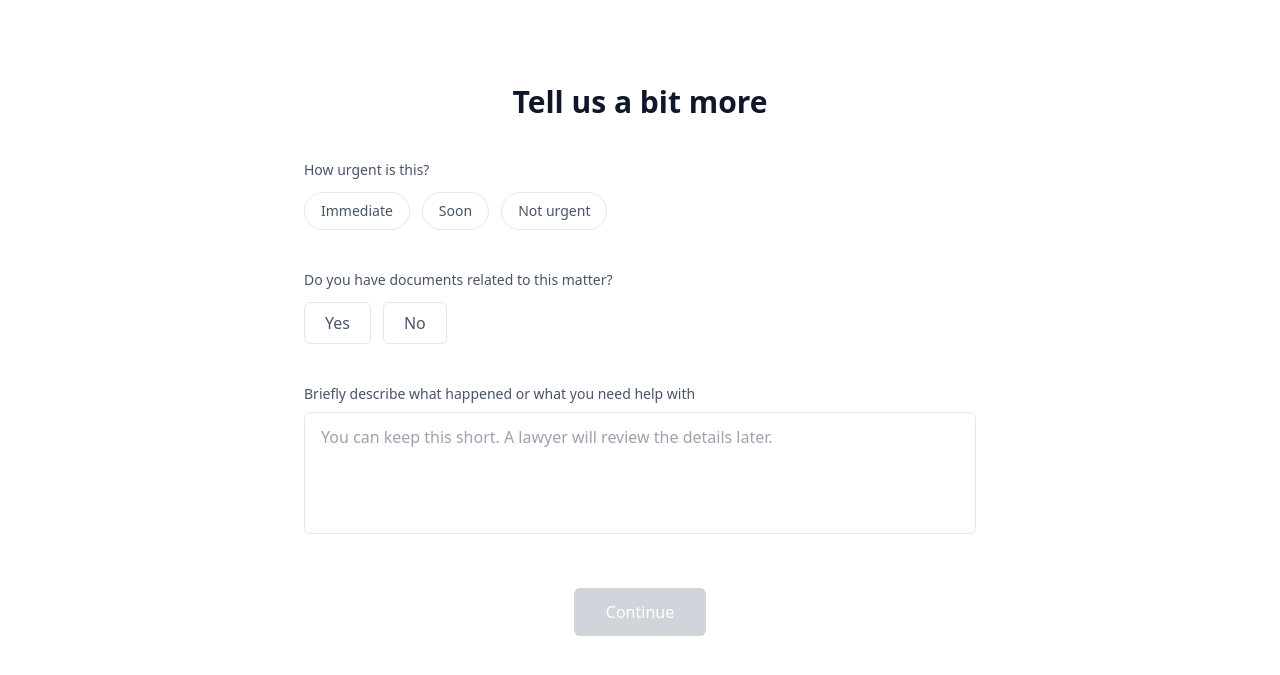
Repository: Aroxy22/legal-res
Page: /intake/context
These files come from the project's save history. The page is drawn as it stood at one moment and after the next save; the edit follows.
The browser window is 1280 px wide. The pictures show the whole page.
The project was rebuilt for these pictures with package versions that can differ from the ones it lists, and the page was loaded fresh each time. The framework's server and built-in components were replaced by stand-ins that run in the browser. Also part of the build but not shown: next.config.ts.

Above is the page before, as saved 2025-12-22 01:43:41.

### app/intake/layout.tsx
import { IntakeProvider } from "./_context/IntakeContext";

export default function IntakeLayout({
  children,
}: {
  children: React.ReactNode;
}) {
  return <IntakeProvider>{children}</IntakeProvider>;
}

### app/intake/context/page.tsx
"use client";

import { useState } from "react";
import { useRouter } from "next/navigation";

const urgencyOptions = [
  { label: "Immediate", value: "immediate" },
  { label: "Soon", value: "soon" },
  { label: "Not urgent", value: "not_urgent" },
];

export default function IntakeContext() {
  const router = useRouter();

  const [urgency, setUrgency] = useState<string | null>(null);
  const [hasDocuments, setHasDocuments] = useState<boolean | null>(null);
  const [description, setDescription] = useState("");

  const canProceed = urgency && description.trim().length > 0;

  return (
    <div className="min-h-screen bg-white flex items-center justify-center px-6">
      <div className="w-full max-w-2xl">
        {/* Title */}
        <h2 className="text-3xl font-semibold text-textPrimary text-center">
          Tell us a bit more
        </h2>

        <div className="mt-10 space-y-10">
          {/* Urgency */}
          <div>
            <p className="text-sm text-textSecondary mb-3">
              How urgent is this?
            </p>

            <div className="flex gap-3 flex-wrap">
              {urgencyOptions.map((opt) => {
                const isActive = urgency === opt.value;

                return (
                  <button
                    key={opt.value}
                    onClick={() => setUrgency(opt.value)}
                    className={`
                      px-4 py-2 rounded-full border text-sm transition
                      ${isActive
                        ? "border-primary bg-blue-50 text-textPrimary"
                        : "border-borderSubtle text-textSecondary hover:border-primary"}
                    `}
                  >
                    {opt.label}
                  </button>
                );
              })}
            </div>
          </div>

          {/* Documents */}
          <div>
            <p className="text-sm text-textSecondary mb-3">
              Do you have documents related to this matter?
            </p>

            <div className="flex gap-3">
              {[
                { label: "Yes", value: true },
                { label: "No", value: false },
              ].map((opt) => {
                const isActive = hasDocuments === opt.value;

                return (
                  <button
                    key={opt.label}
                    onClick={() => setHasDocuments(opt.value)}
                    className={`
                      px-5 py-2 rounded-md border transition
                      ${isActive
                        ? "border-primary bg-blue-50 text-textPrimary"
                        : "border-borderSubtle text-textSecondary hover:border-primary"}
                    `}
                  >
                    {opt.label}
                  </button>
                );
              })}
            </div>
          </div>

          {/* Description */}
          <div>
            <label className="block text-sm text-textSecondary mb-2">
              Briefly describe what happened or what you need help with
            </label>

            <textarea
              value={description}
              onChange={(e) => setDescription(e.target.value)}
              rows={4}
              placeholder="You can keep this short. A lawyer will review the details later."
              className="w-full border border-borderSubtle rounded-md px-4 py-3 resize-none"
            />
          </div>
        </div>

        {/* CTA */}
        <div className="mt-12 flex justify-center">
          <button
            disabled={!canProceed}
            onClick={() => router.push("/intake/summary")}
            className={`
              px-8 py-3 rounded-md text-white transition
              ${canProceed
                ? "bg-primary hover:bg-primaryHover"
                : "bg-gray-300 cursor-not-allowed"}
            `}
          >
            Continue
          </button>
        </div>
      </div>
    </div>
  );
}

### app/globals.css
@tailwind base;
@tailwind components;
@tailwind utilities;

/* sanity check */
html {
  background-color: white;
}

### app/intake/_context/IntakeContext.tsx
"use client";

import { createContext, useContext, useState } from "react";

type IntakeData = {
  category?: string;
  city?: string;
  court?: string;
  language?: string;
  urgency?: string;
  hasDocuments?: boolean;
  description?: string;
};

type IntakeContextType = {
  data: IntakeData;
  update: (values: Partial<IntakeData>) => void;
};

const IntakeContext = createContext<IntakeContextType | null>(null);

export function IntakeProvider({ children }: { children: React.ReactNode }) {
  const [data, setData] = useState<IntakeData>({});

  const update = (values: Partial<IntakeData>) => {
    setData((prev) => ({ ...prev, ...values }));
  };

  return (
    <IntakeContext.Provider value={{ data, update }}>
      {children}
    </IntakeContext.Provider>
  );
}

export function useIntake() {
  const ctx = useContext(IntakeContext);
  if (!ctx) {
    throw new Error("useIntake must be used within IntakeProvider");
  }
  return ctx;
}

### tailwind.config.js
/** @type {import('tailwindcss').Config} */
module.exports = {
  content: [
    "./app/**/*.{js,ts,jsx,tsx}",
    "./components/**/*.{js,ts,jsx,tsx}",
  ],
  theme: {
    extend: {
      colors: {
        primary: "#2563EB",
        primaryHover: "#1D4ED8",
        textPrimary: "#0F172A",
        textSecondary: "#475569",
        borderSubtle: "#E2E8F0",
      },
    },
  },
  plugins: [],
};

Loaded but not shown: app/layout.tsx (common file)

After the next save:
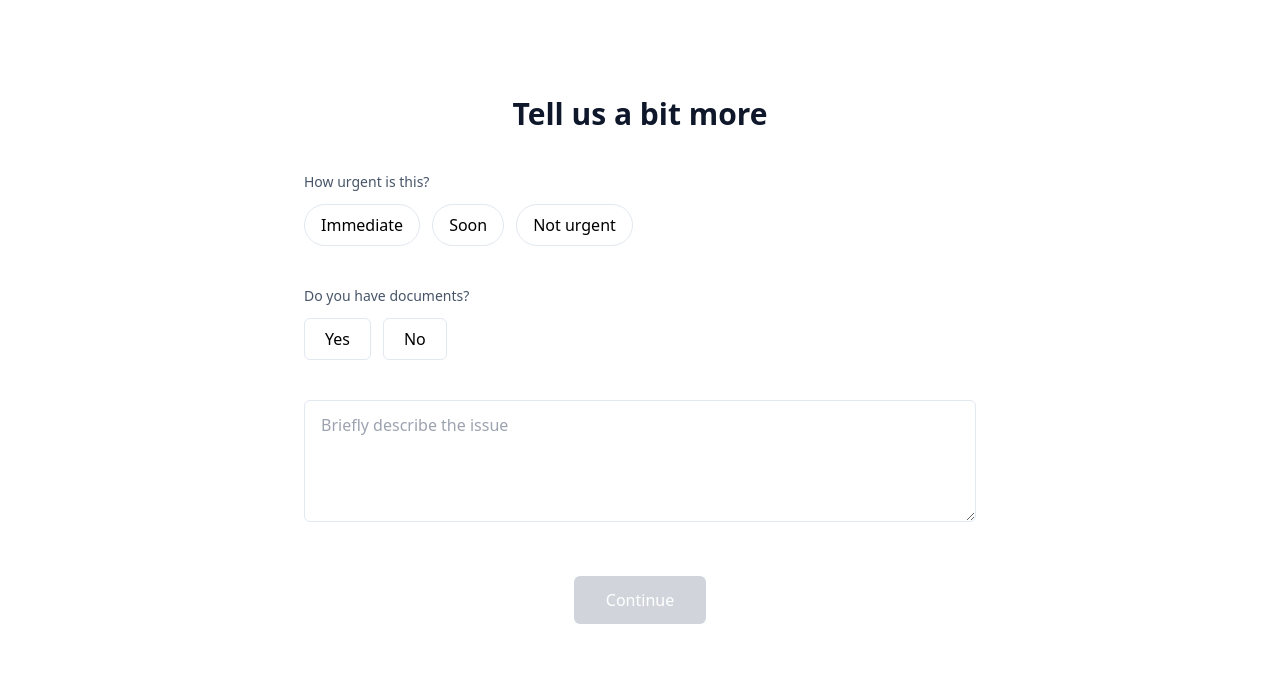
Saved 16 s later.
--- a/app/intake/context/page.tsx
+++ b/app/intake/context/page.tsx
@@ -2,117 +2,89 @@
 
 import { useState } from "react";
 import { useRouter } from "next/navigation";
-
-const urgencyOptions = [
-  { label: "Immediate", value: "immediate" },
-  { label: "Soon", value: "soon" },
-  { label: "Not urgent", value: "not_urgent" },
-];
+import { useIntake } from "../_context/IntakeContext";
 
 export default function IntakeContext() {
   const router = useRouter();
+  const { update } = useIntake();
 
   const [urgency, setUrgency] = useState<string | null>(null);
   const [hasDocuments, setHasDocuments] = useState<boolean | null>(null);
   const [description, setDescription] = useState("");
 
-  const canProceed = urgency && description.trim().length > 0;
+  const canProceed = urgency && description.trim();
 
   return (
     <div className="min-h-screen bg-white flex items-center justify-center px-6">
       <div className="w-full max-w-2xl">
-        {/* Title */}
         <h2 className="text-3xl font-semibold text-textPrimary text-center">
           Tell us a bit more
         </h2>
 
         <div className="mt-10 space-y-10">
-          {/* Urgency */}
           <div>
             <p className="text-sm text-textSecondary mb-3">
               How urgent is this?
             </p>
-
-            <div className="flex gap-3 flex-wrap">
-              {urgencyOptions.map((opt) => {
-                const isActive = urgency === opt.value;
-
-                return (
-                  <button
-                    key={opt.value}
-                    onClick={() => setUrgency(opt.value)}
-                    className={`
-                      px-4 py-2 rounded-full border text-sm transition
-                      ${isActive
-                        ? "border-primary bg-blue-50 text-textPrimary"
-                        : "border-borderSubtle text-textSecondary hover:border-primary"}
-                    `}
-                  >
-                    {opt.label}
-                  </button>
-                );
-              })}
+            <div className="flex gap-3">
+              {["Immediate", "Soon", "Not urgent"].map((label) => (
+                <button
+                  key={label}
+                  onClick={() => setUrgency(label)}
+                  className={`px-4 py-2 rounded-full border ${
+                    urgency === label
+                      ? "border-primary bg-blue-50"
+                      : "border-borderSubtle"
+                  }`}
+                >
+                  {label}
+                </button>
+              ))}
             </div>
           </div>
 
-          {/* Documents */}
           <div>
             <p className="text-sm text-textSecondary mb-3">
-              Do you have documents related to this matter?
+              Do you have documents?
             </p>
-
             <div className="flex gap-3">
-              {[
-                { label: "Yes", value: true },
-                { label: "No", value: false },
-              ].map((opt) => {
-                const isActive = hasDocuments === opt.value;
-
-                return (
-                  <button
-                    key={opt.label}
-                    onClick={() => setHasDocuments(opt.value)}
-                    className={`
-                      px-5 py-2 rounded-md border transition
-                      ${isActive
-                        ? "border-primary bg-blue-50 text-textPrimary"
-                        : "border-borderSubtle text-textSecondary hover:border-primary"}
-                    `}
-                  >
-                    {opt.label}
-                  </button>
-                );
-              })}
+              {[true, false].map((val) => (
+                <button
+                  key={String(val)}
+                  onClick={() => setHasDocuments(val)}
+                  className={`px-5 py-2 rounded-md border ${
+                    hasDocuments === val
+                      ? "border-primary bg-blue-50"
+                      : "border-borderSubtle"
+                  }`}
+                >
+                  {val ? "Yes" : "No"}
+                </button>
+              ))}
             </div>
           </div>
 
-          {/* Description */}
           <div>
-            <label className="block text-sm text-textSecondary mb-2">
-              Briefly describe what happened or what you need help with
-            </label>
-
             <textarea
+              rows={4}
               value={description}
               onChange={(e) => setDescription(e.target.value)}
-              rows={4}
-              placeholder="You can keep this short. A lawyer will review the details later."
-              className="w-full border border-borderSubtle rounded-md px-4 py-3 resize-none"
+              placeholder="Briefly describe the issue"
+              className="w-full border border-borderSubtle rounded-md px-4 py-3"
             />
           </div>
         </div>
 
-        {/* CTA */}
         <div className="mt-12 flex justify-center">
           <button
             disabled={!canProceed}
-            onClick={() => router.push("/intake/summary")}
-            className={`
-              px-8 py-3 rounded-md text-white transition
-              ${canProceed
-                ? "bg-primary hover:bg-primaryHover"
-                : "bg-gray-300 cursor-not-allowed"}
-            `}
+            onClick={() => {
+              update({ urgency, hasDocuments, description });
+              router.push("/intake/summary");
+            }}
+            className={`px-8 py-3 rounded-md text-white ${
+              canProceed ? "bg-primary" : "bg-gray-300"
+            }`}
           >
             Continue
           </button>
